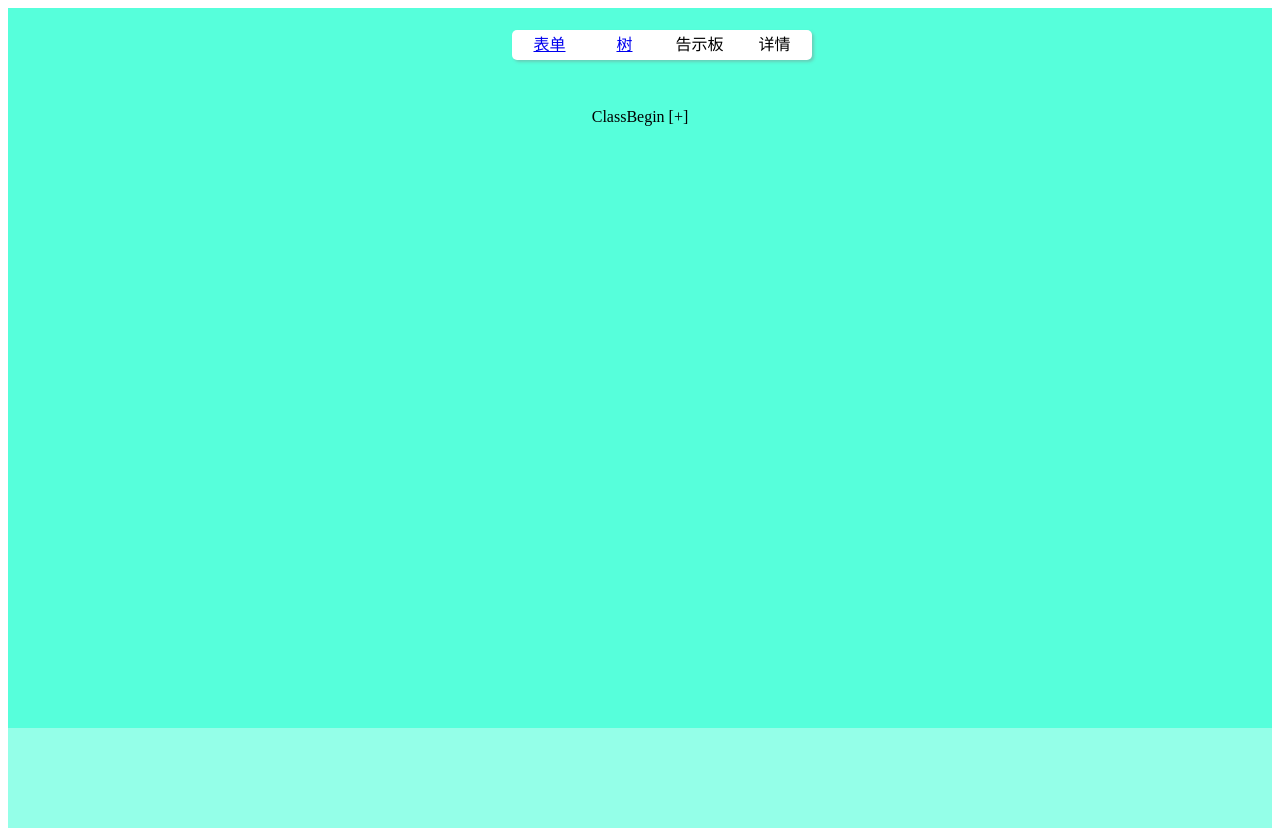
Repository: lxl0302/ClassBegin_-sound_code
Page: /#/tree
The author's editor kept a copy of each file at every save. The page is drawn from the files as they stood at one save, then again after the next save.
The browser window is 1280 px wide. The pictures show the whole page.
The project was rebuilt for these pictures with package versions that can differ from the ones it lists, and the page was loaded fresh each time. Also part of the build but not shown: src/form/Form.vue, src/form/FromItem.vue, src/form/Input.vue, src/notice/KNotice.vue, src/form/index.vue, src/views/homepage.vue.

Above is the page before, as saved 2020-07-10 17:02:55.

After the next save:
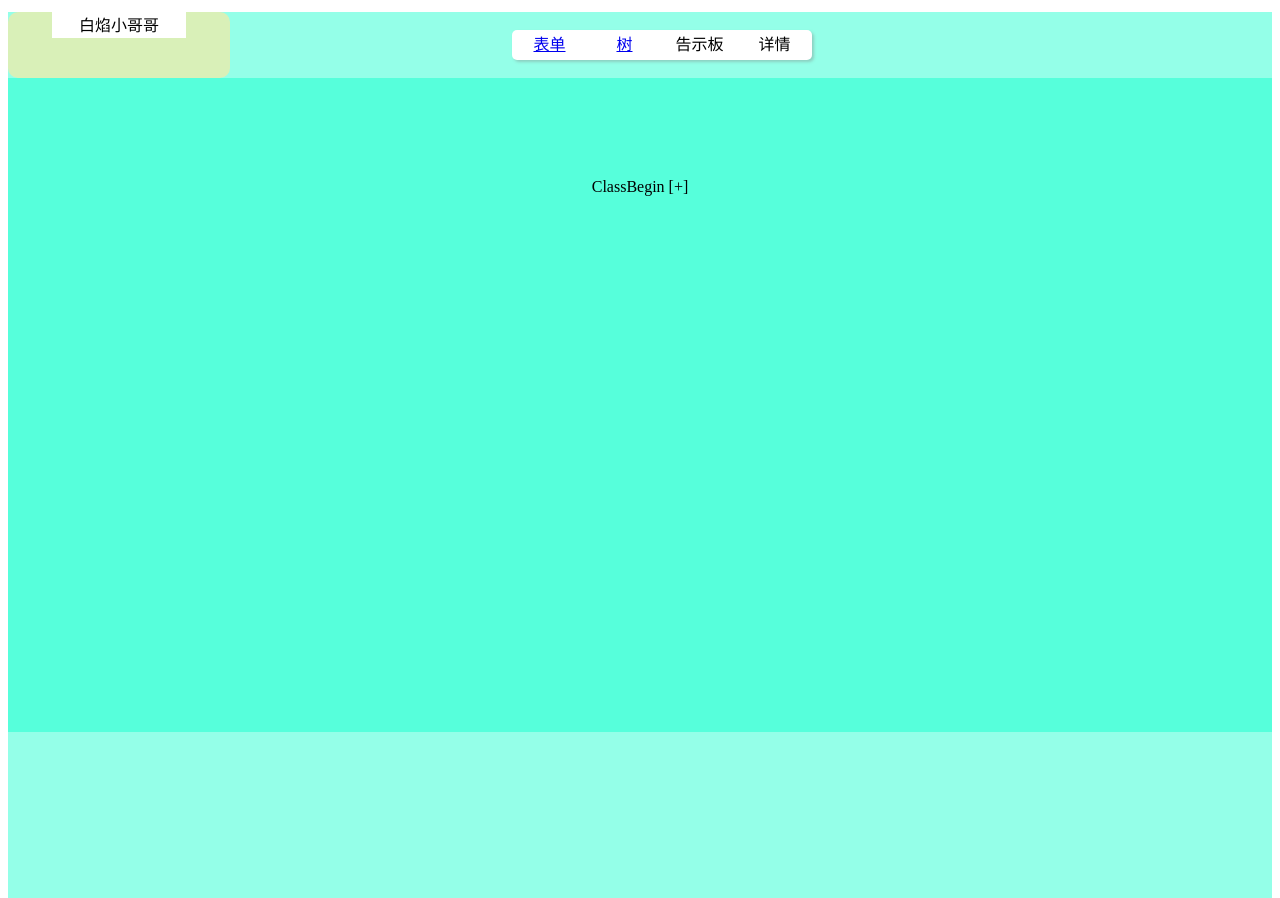
Saved 43 s later.
--- a/src/views/index.vue
+++ b/src/views/index.vue
@@ -1,5 +1,6 @@
 <template>
   <div class="zong">
+    <storeView></storeView>
     <div class="toolbar">
       <span><router-link to="/kform">表单</router-link></span>
       <span><router-link to="/tree">树</router-link></span>
@@ -12,9 +13,12 @@
 </template>
 
 <script>
+  import storeView from './storeView'
   export default {
     name: 'index',
-    components: {},
+    components: {
+      storeView
+    },
     data() {
       return {}
     },
